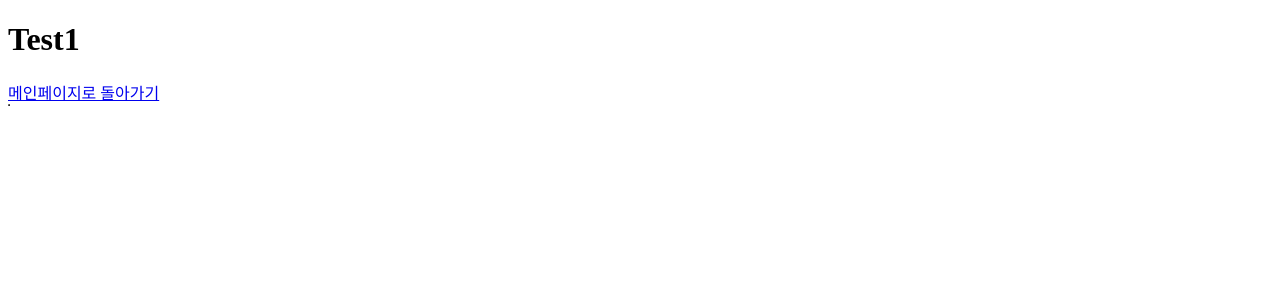
Repository: BeLimeSH/server
Page: http://localhost/Test1/
An editor plug-in stored every save of this project. The page is shown before and after the next save, followed by the edit.
The browser window is 1280 px wide. The pictures show the whole page.
The page is served by Tomcat 9.

Above is the page before, as saved 2022-06-03 02:19:48.

After the next save:
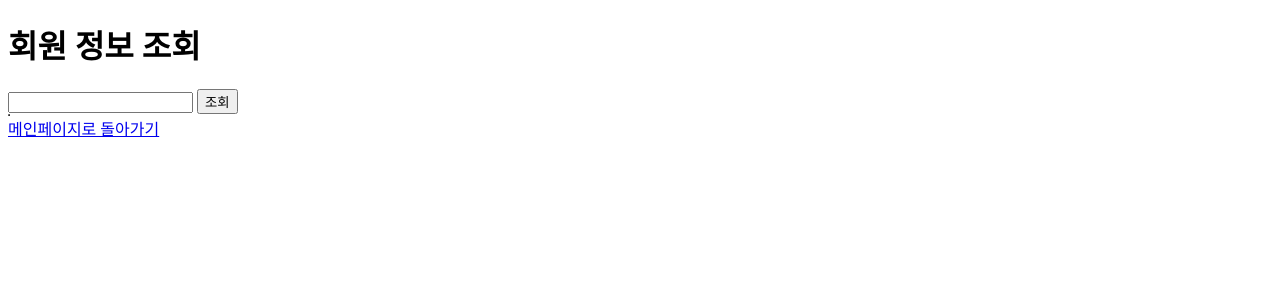
Saved 3 min 34 s later.
--- a/Test1/src/main/webapp/index.jsp
+++ b/Test1/src/main/webapp/index.jsp
@@ -4,17 +4,22 @@
 <html>
 <head>
 <meta charset="UTF-8">
-<title>Insert title here</title>
+<title>Index</title>
 </head>
 <body>
-	<h1>Test1</h1>
+	<h1>회원 정보 조회</h1>
 
-	<a href="/Test1">메인페이지로 돌아가기</a>
+	<form action="">
+		<input type="number" name="userNo" placehoder="회원 번호 입력">
+
+		<button>조회</button>
+	</form>
 
 	<table border="1">
 
 	</table>
 
+	<a href="/Test1">메인페이지로 돌아가기</a>
 
 </body>
 </html>
